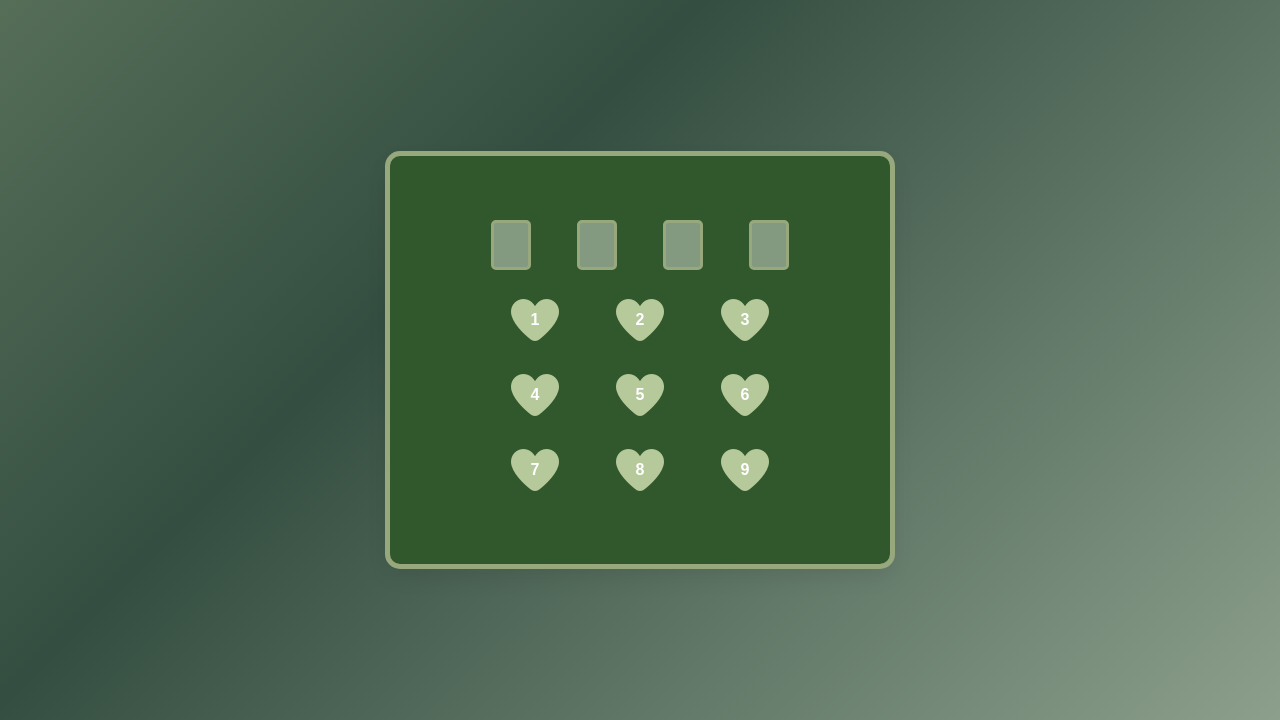
Repository: jahatesu/project-cutie
Page: index.html
These files come from the project's save history. The page is drawn as it stood at one moment and after a run of saves; the edit follows.
The browser window is 1280 px wide. The pictures show the whole page.
Some web libraries are served in a nearby version.

Above is the page before, as saved 2025-08-14 23:53:09.
Console error: TypeError: Cannot read properties of null (reading 'getBoundingClientRect')

After the next 2 saves:
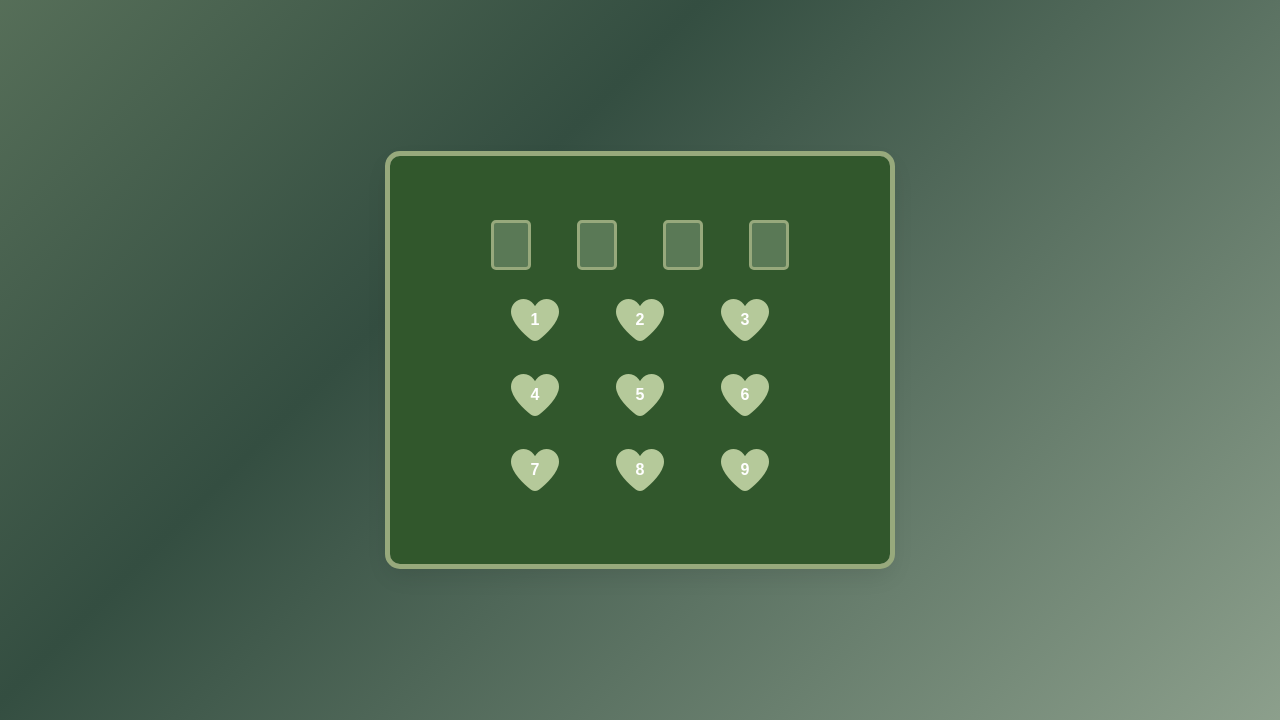
The 2 saves are shown as one change because they came seconds apart.
The last was saved 6 s later.
--- a/style.css
+++ b/style.css
@@ -69,7 +69,7 @@ body {
   height: clamp(30px, 9vw, 50px);
   border: 3px solid #97a97c;
   border-radius: 5px;
-  background: rgba(255,255,255,0.4);
+  background: rgba(255,255,255,0.2);
 
    display: flex;           /* center content */
   justify-content: center; /* horizontal center */
